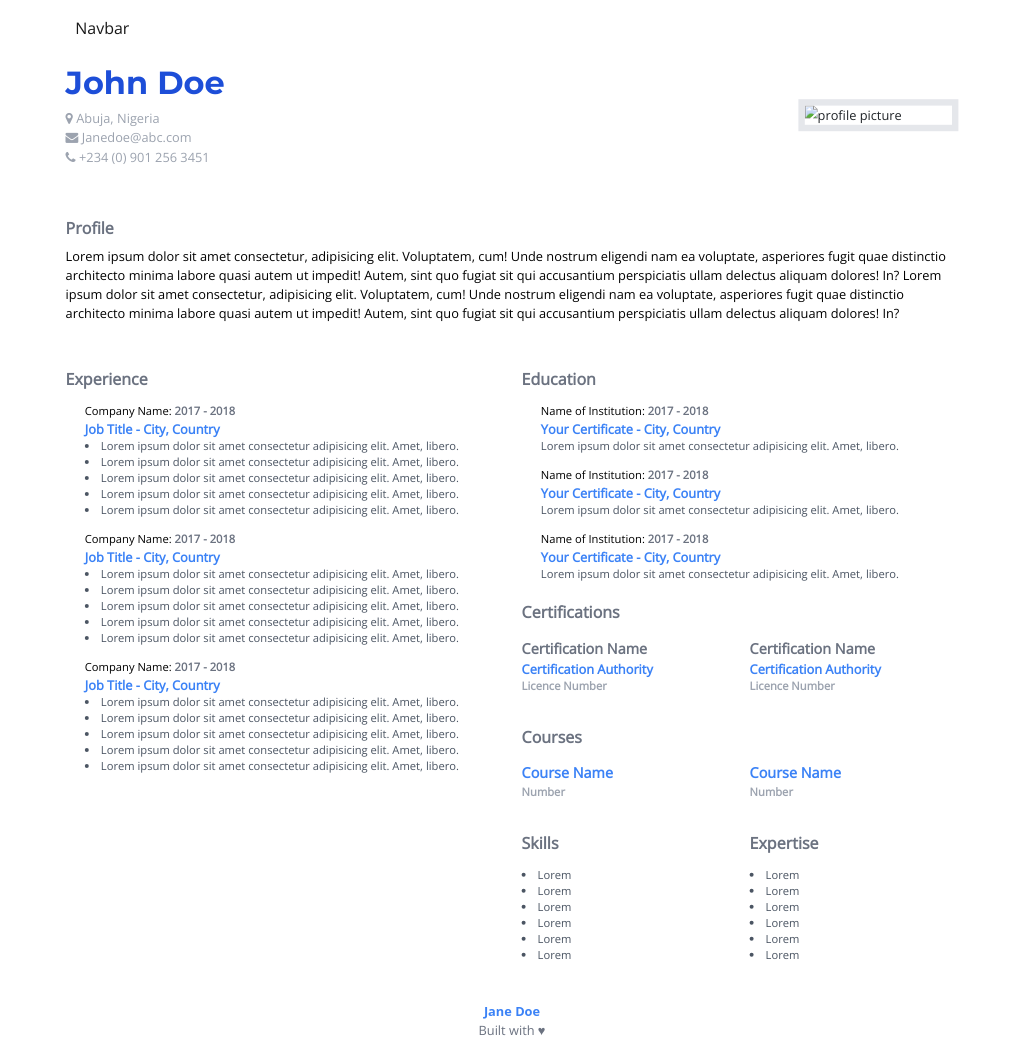
Repository: latenightsnacc/giggles
Page: HTML/CV.html
An editor plug-in stored every save of this project. The page is shown before and after the next save, followed by the edit.
The browser window is 1280 px wide. The pictures show the whole page, at 80% of full size.
Some web libraries are served in a nearby version.

Above is the page before, as saved 2021-01-06 15:41:11.
Not found: HTML/assets/passportPhoto.jpgs

### HTML/CV.html
<!DOCTYPE html>
<html lang="en">
<head>
    <meta charset="UTF-8">
    <meta name="viewport" content="width=device-width, initial-scale=1.0">
    <link href="https://cdnjs.cloudflare.com/ajax/libs/tailwindcss/2.0.2/tailwind.min.css" rel="stylesheet">
    <link rel="stylesheet" href="https://stackpath.bootstrapcdn.com/font-awesome/4.7.0/css/font-awesome.min.css" />
    <link href="https://cdn.jsdelivr.net/npm/bootstrap@5.0.0-beta1/dist/css/bootstrap.min.css" rel="stylesheet" integrity="sha384-giJF6kkoqNQ00vy+HMDP7azOuL0xtbfIcaT9wjKHr8RbDVddVHyTfAAsrekwKmP1" crossorigin="anonymous">
    <link rel="stylesheet" href="stylesheet.css">
    <title>CV Page</title>
</head>
<body class="overflow-x-hidden">
    <!--Navigation-->
    <header class="container">
        <nav class="navbar navbar-expand-lg navbar-light bg-white py-3">
            <div class="container-fluid">
              <a class="navbar-brand" href="search.html">Navbar</a>
              <button class="navbar-toggler" type="button" data-bs-toggle="collapse" data-bs-target="#navbarNavDropdown" aria-controls="navbarNavDropdown" aria-expanded="false" aria-label="Toggle navigation">
                <span class="navbar-toggler-icon"></span>
              </button>
              <div class="collapse navbar-collapse" id="navbarNavDropdown">

              </div>
            </div>
        </nav>
    </header>
    <main>
        <!--Basic Profile-->
        <div class="container">
            <div class="row flex items-center">
                <div class="col-xs-6 col-sm-6 col-md-6 col-lg-6 col-xl-6">
                    <div class="flex flex-col justify-items-center  my-2 md:my-0 md:justify-items-start">
                        <h1 class="font-bold text-blue-700">John Doe</h1>
                        <li class="list-none text-gray-400">
                            <i class="fa fa-map-marker"></i>
                            Abuja, Nigeria
                        </li>
                        <li class="list-none text-gray-400">
                            <i class="fa fa-envelope"></i>
                            Janedoe@abc.com
                        </li>
                        <li class="list-none text-gray-400">
                            <i class="fa fa-phone"></i>
                            +234 (0) 901 256 3451
                        </li>
                    </div>
                </div>
                <div class="col-xs-6 col-sm-6 col-md-6 col-lg-6 col-xl-6">
                    <div>
                        <img class="border-8 mx-auto md:float-right" src="assets/passportPhoto.jpgs" style="width:200px" alt="profile picture">
                    </div>
                </div>

            </div>
        </div>

        <div class="container my-5">
            <div class="text-gray-500 font-semibold text-xl py-2">Profile</div>
            <p class="text-md text-black">Lorem ipsum dolor sit amet consectetur, adipisicing elit. Voluptatem, cum! Unde nostrum eligendi nam ea voluptate, asperiores fugit quae distinctio architecto minima labore quasi autem ut impedit! Autem, sint quo fugiat sit qui accusantium perspiciatis ullam delectus aliquam dolores! In? Lorem ipsum dolor sit amet consectetur, adipisicing elit. Voluptatem, cum! Unde nostrum eligendi nam ea voluptate, asperiores fugit quae distinctio architecto minima labore quasi autem ut impedit! Autem, sint quo fugiat sit qui accusantium perspiciatis ullam delectus aliquam dolores! In?</p>
        </div>

        <div class="container my-5">
            <div class="row">
                <div class="col-xs-12 col-sm-12 col-md-12 col-lg-6 col-xl-6">
                    <div class="text-gray-500 font-semibold text-xl py-2">Experience</div>
                    <div class="container-sm my-2">
                        <div class="text-black text-sm">Company Name: <span class="text-gray-500 font-semibold">2017 - 2018</span></div>
                        <div class="font-bold text-md text-blue-500">Job Title - City, Country</div>
                        <li class="text-sm text-gray-600">Lorem ipsum dolor sit amet consectetur adipisicing elit. Amet, libero.</li>
                        <li class="text-sm text-gray-600">Lorem ipsum dolor sit amet consectetur adipisicing elit. Amet, libero.</li>
                        <li class="text-sm text-gray-600">Lorem ipsum dolor sit amet consectetur adipisicing elit. Amet, libero.</li>
                        <li class="text-sm text-gray-600">Lorem ipsum dolor sit amet consectetur adipisicing elit. Amet, libero.</li>
                        <li class="text-sm text-gray-600">Lorem ipsum dolor sit amet consectetur adipisicing elit. Amet, libero.</li>
                    </div>
                    <div class="container-sm my-3">
                        <div class="text-black text-sm">Company Name: <span class="text-gray-500 font-semibold">2017 - 2018</span></div>
                        <div class="font-bold text-md text-blue-500">Job Title - City, Country</div>
                        <li class="text-sm text-gray-600">Lorem ipsum dolor sit amet consectetur adipisicing elit. Amet, libero.</li>
                        <li class="text-sm text-gray-600">Lorem ipsum dolor sit amet consectetur adipisicing elit. Amet, libero.</li>
                        <li class="text-sm text-gray-600">Lorem ipsum dolor sit amet consectetur adipisicing elit. Amet, libero.</li>
                        <li class="text-sm text-gray-600">Lorem ipsum dolor sit amet consectetur adipisicing elit. Amet, libero.</li>
                        <li class="text-sm text-gray-600">Lorem ipsum dolor sit amet consectetur adipisicing elit. Amet, libero.</li>
                    </div>
                    <div class="container-sm my-3">
                        <div class="text-black text-sm">Company Name: <span class="text-gray-500 font-semibold">2017 - 2018</span></div>
                        <div class="font-bold text-md text-blue-500">Job Title - City, Country</div>
                        <li class="text-sm text-gray-600">Lorem ipsum dolor sit amet consectetur adipisicing elit. Amet, libero.</li>
                        <li class="text-sm text-gray-600">Lorem ipsum dolor sit amet consectetur adipisicing elit. Amet, libero.</li>
                        <li class="text-sm text-gray-600">Lorem ipsum dolor sit amet consectetur adipisicing elit. Amet, libero.</li>
                        <li class="text-sm text-gray-600">Lorem ipsum dolor sit amet consectetur adipisicing elit. Amet, libero.</li>
                        <li class="text-sm text-gray-600">Lorem ipsum dolor sit amet consectetur adipisicing elit. Amet, libero.</li>
                    </div>
                </div>
                <div class="col-xs-12 col-sm-12 col-md-12 col-lg-6 col-xl-6">
                    <div class="text-gray-500 font-semibold text-xl py-2">Education</div>
                    <div class="container-sm my-2">
                        <div class="text-black text-sm">Name of Institution: <span class="text-gray-500 font-semibold"> 2017 - 2018</span></div>
                        <div class="font-bold text-md text-blue-500">Your Certificate - City, Country</div>
                        <p class="text-sm text-gray-600">Lorem ipsum dolor sit amet consectetur adipisicing elit. Amet, libero.</p>
                    </div>
                    <div class="container-sm my-2">
                        <div class="text-black text-sm">Name of Institution: <span class="text-gray-500 font-semibold"> 2017 - 2018</span></div>
                        <div class="font-bold text-md text-blue-500">Your Certificate - City, Country</div>
                        <p class="text-sm text-gray-600">Lorem ipsum dolor sit amet consectetur adipisicing elit. Amet, libero.</p>
                    </div>
                    <div class="container-sm my-2">
                        <div class="text-black text-sm">Name of Institution: <span class="text-gray-500 font-semibold"> 2017 - 2018</span></div>
                        <div class="font-bold text-md text-blue-500">Your Certificate - City, Country</div>
                        <p class="text-sm text-gray-600">Lorem ipsum dolor sit amet consectetur adipisicing elit. Amet, libero.</p>
                    </div>
                    <div class="text-gray-500 font-semibold text-xl py-2 mt-3 mb-2">Certifications</div>
                    <div class="row">
                        <div class="col-xs-6 col-sm-6 col-md-6 col-lg-6 col-xl-6">
                            <div class="text-gray-500 font-semibold text-lg">Certification Name</div>
                            <div class="font-bold text-md text-blue-500">Certification Authority</div>
                            <p class="font-semibold text-sm text-gray-400">Licence Number</p>
                        </div>
                        <div class="col-xs-6 col-sm-6 col-md-6 col-lg-6 col-xl-6">
                            <div class="text-gray-500 font-semibold text-lg">Certification Name</div>
                            <div class="font-bold text-md text-blue-500">Certification Authority</div>
                            <p class="font-semibold text-sm text-gray-400">Licence Number</p>
                        </div>
                    </div>
                    <div class="text-gray-500 font-semibold text-xl py-2 mt-3 mb-2">Courses</div>
                    <div class="row">
                        <div class="col-xs-6 col-sm-6 col-md-6 col-lg-6 col-xl-6">
                            <div class="text-blue-500 font-semibold text-lg">Course Name</div>
                            <p class="font-semibold text-sm text-gray-400">Number</p>
                        </div>
                        <div class="col-xs-6 col-sm-6 col-md-6 col-lg-6 col-xl-6">
                            <div class="text-blue-500 font-semibold text-lg">Course Name</div>
                            <p class="font-semibold text-sm text-gray-400">Number</p>
                        </div>
                    </div>
                    <div class="row">
                        <div class="col-xs-6 col-sm-6 col-md-6 col-lg-6 col-xl-6">
                            <div class="text-gray-500 font-semibold text-xl py-2 mt-3 mb-2">Skills</div>
                            <li class="text-sm text-gray-600">Lorem</li>
                            <li class="text-sm text-gray-600">Lorem</li>
                            <li class="text-sm text-gray-600">Lorem</li>
                            <li class="text-sm text-gray-600">Lorem</li>
                            <li class="text-sm text-gray-600">Lorem</li>
                            <li class="text-sm text-gray-600">Lorem</li>

                        </div>
                        <div class="col-xs-6 col-sm-6 col-md-6 col-lg-6 col-xl-6">
                            <div class="text-gray-500 font-semibold text-xl py-2 mt-3 mb-2">Expertise</div>
                            <li class="text-sm text-gray-600">Lorem</li>
                            <li class="text-sm text-gray-600">Lorem</li>
                            <li class="text-sm text-gray-600">Lorem</li>
                            <li class="text-sm text-gray-600">Lorem</li>
                            <li class="text-sm text-gray-600">Lorem</li>
                            <li class="text-sm text-gray-600">Lorem</li>
                        </div>
                    </div>

                </div>
            </div>
        </div>
    </main>
    <footer class="text-center text-l text-blue-500 font-semibold">
        Jane Doe
        <p class="text-gray-500">Built with &hearts;</p>
    </footer>

    <script src="https://cdn.jsdelivr.net/npm/bootstrap@5.0.0-beta1/dist/js/bootstrap.bundle.min.js" integrity="sha384-ygbV9kiqUc6oa4msXn9868pTtWMgiQaeYH7/t7LECLbyPA2x65Kgf80OJFdroafW" crossorigin="anonymous"></script>

</body>
</html>

### HTML/stylesheet.css
@import url('https://fonts.googleapis.com/css2?family=Montserrat:wght@400;700&family=Open+Sans:wght@300;400&display=swap');

h1, h2, h3, h4, h5, h6 {
    font-family: 'Montserrat', sans-serif;
}
.user-info h1 {
    line-height: 60px;
    font-size: 50px;
    font-weight: 700;
    margin-top: 20px;
}
.user-info h2 {
    line-height: 27px;
    font-size: 18px;
    font-weight: 400;
    margin-top: 15px;
}
.user-info span {
    line-height: 36px;
    font-size: 30px;
    font-weight: 600;
}
.user-info p {
    margin: 5px 0;
}
.user-info button {
    margin-top: 10px;
}
p, div, a, button {
    font-family: 'Open Sans', sans-serif;
    font-weight: 300;
}

.work-experience .row:hover .text {
    border:2px solid  #3b82f6;

}
.work-experience .row:hover .flex .no {
    border:1px solid #3b82f6;

}
.nav-link {
    color: #3b82f6 !important;
}
.nav-item .active{
    font-weight: 600;
}

After the next save:
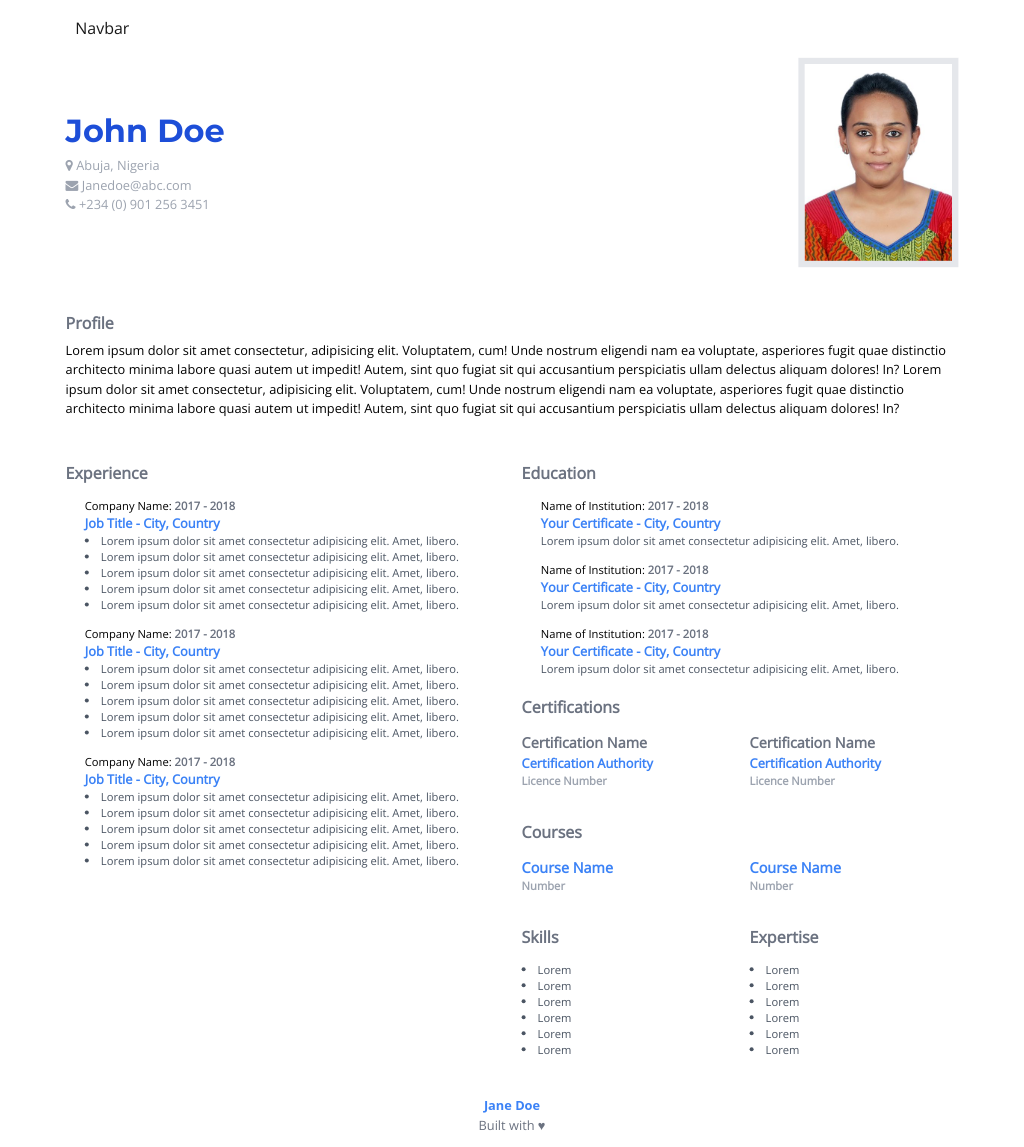
Saved 9 s later.
--- a/HTML/CV.html
+++ b/HTML/CV.html
@@ -47,7 +47,7 @@
                 </div>
                 <div class="col-xs-6 col-sm-6 col-md-6 col-lg-6 col-xl-6">
                     <div>
-                        <img class="border-8 mx-auto md:float-right" src="assets/passportPhoto.jpgs" style="width:200px" alt="profile picture">
+                        <img class="border-8 mx-auto md:float-right" src="assets/passportPhoto.jpg" style="width:200px" alt="profile picture">
                     </div>
                 </div>
 
